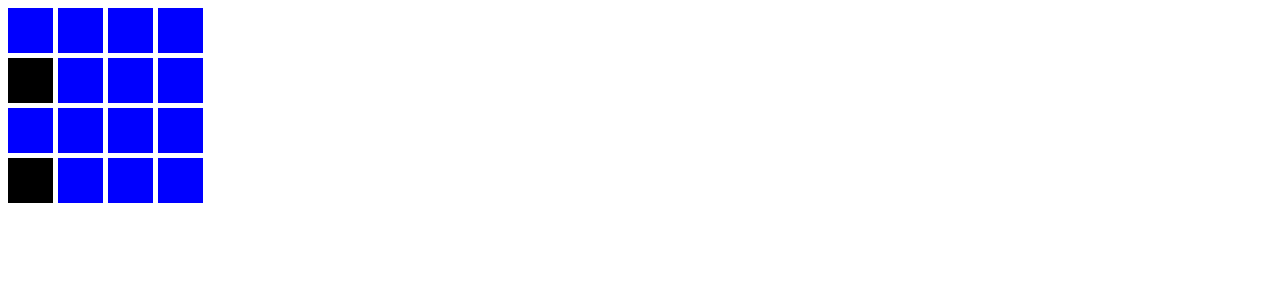
Repository: JAEGyEOng69/Python
Page: workspace_python/FAST_SOCKET/static/canvas4.html
An editor plug-in stored every save of this project. The page is shown before and after the next save, followed by the edit.
The browser window is 1280 px wide. The pictures show the whole page.

Above is the page before, as saved 2022-10-18 01:46:04.

After the next save:
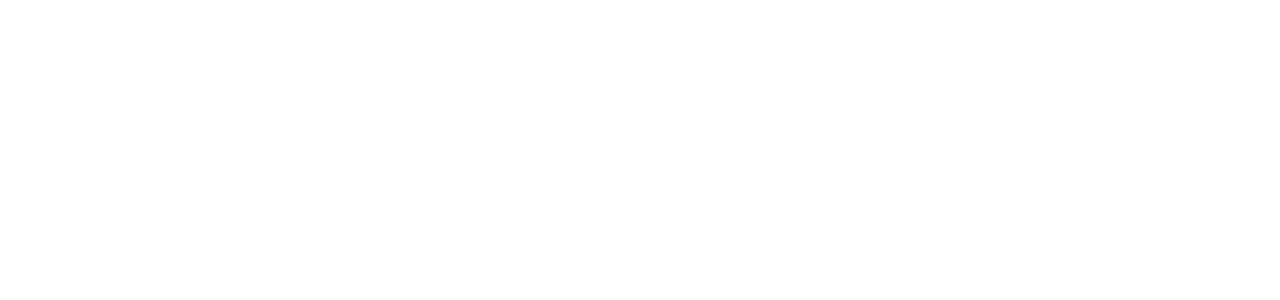
Console error: ReferenceError: cosole is not defined
Saved 45 s later.
--- a/workspace_python/FAST_SOCKET/static/canvas4.html
+++ b/workspace_python/FAST_SOCKET/static/canvas4.html
@@ -10,6 +10,7 @@
 
 		var canvas = document.querySelector('#mycan');
 		var ctx = canvas.getContext('2d');
+		cosole.log(arr.length);
 		for(var i=0; i<4; i++){
 			for(var j=0; j<4; j++){
 				if(arr[i][j]==0){

After the save that followed:
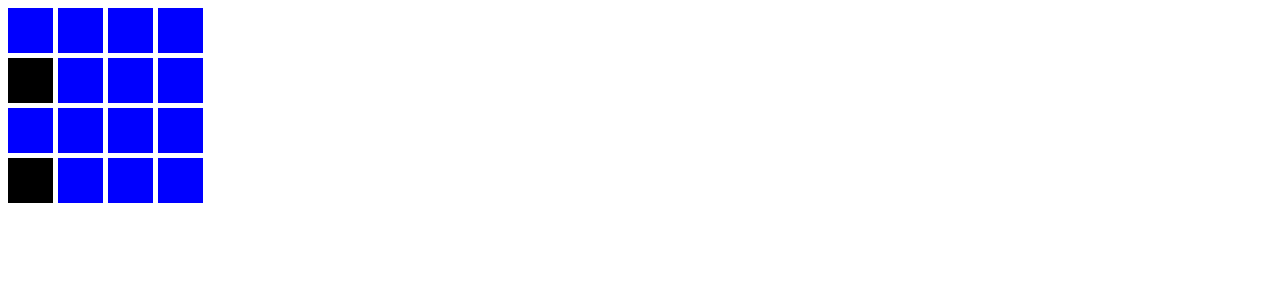
The error is gone.
Saved 23 s later.
--- a/workspace_python/FAST_SOCKET/static/canvas4.html
+++ b/workspace_python/FAST_SOCKET/static/canvas4.html
@@ -10,7 +10,6 @@
 
 		var canvas = document.querySelector('#mycan');
 		var ctx = canvas.getContext('2d');
-		cosole.log(arr.length);
 		for(var i=0; i<4; i++){
 			for(var j=0; j<4; j++){
 				if(arr[i][j]==0){
